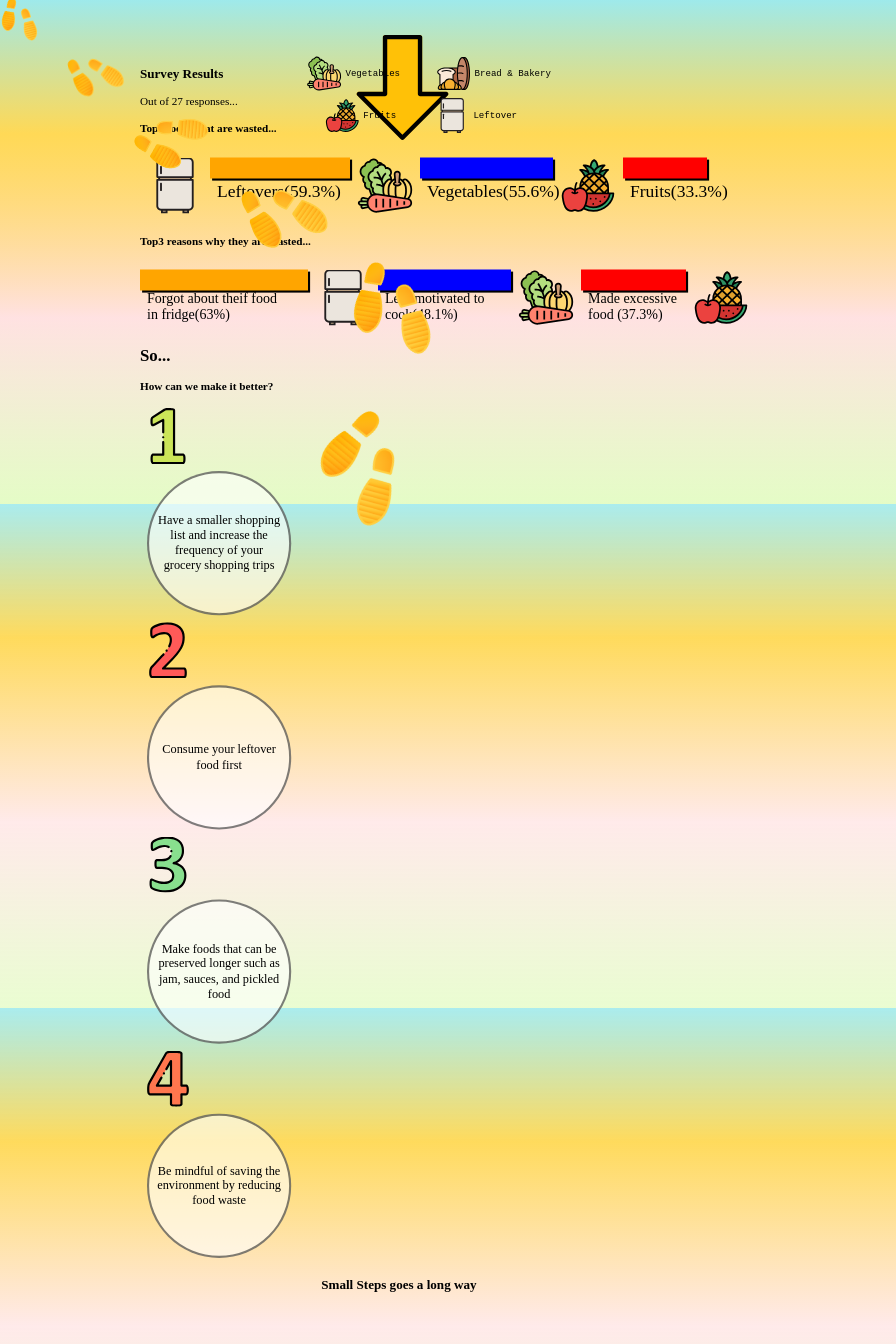
Repository: iorid3/Midterm
Page: index.html
An editor plug-in stored every save of this project. The page is shown before and after the next save, followed by the edit.
The browser window is 1280 px wide. The pictures show the part of the page from y = 0 to 1920 px (the page is 2272 px tall before and 3093 px after), at 70% of full size.

Above is the page before, as saved 2021-03-09 11:03:31.

### index.html
<!DOCTYPE html>
<html>
    <head>
       <title>Mid term</title>
        <link href= "./index.css"  rel ="stylesheet" type = "text/css" >
    </head>
<body>
   <div id = "main">

        <div class = "section1">
            <div><h1> How Food Waste Impacts Our World</h1></div>
            <div><img src =""/></div>
            <div class = "comp1"></div>
            <div class = "comp2"></div>
            <div class = "comp5"></div>
        </div>

        <div class = "section2">
            <div><h2>DId you know that...</h2></div>
            <div class ="comp3_1"></div>
            <div class ="comp3_2"></div>
            <div class ="comp3_3"></div>
            <div class ="comp3_4"></div>
            <div class = "comp1"></div>

            <div class = "flag"><img src = ""></div>
            <div><h3>Most Common Foods Thrown out by Canadians</h3></div>
               <div class = "container1">
                    <div class ="comp4_1"></div>
                    <div class ="comp4_2"></div>
                    <div class ="comp4_3"></div>
                    <div class ="comp4_4"></div>
                </div>

            <div class = "comp5"></div>
            <div><h3>In Canada, entirely, that is almost 2.2 million tonnes of food wasted</h3></div>
            <div><img src = ""></div>
        </div>

        <div class = "section3">
            <div><h2>How does food waste contribute to carbon foodprint?</h2></div>
            <div><img src = ""></div>

            <div class = "comp6"></div>
            <div class = "comp6"></div>
            <div class = "comp6"></div>
            <div class = "comp6"></div>

                <div class = "container2">
                    <div><img src = ""></div>
                    <div><img src = ""></div>
                    <div><img src = ""></div>
                </div>

            <div class = "comp6"></div>


        </div>


        <div class = "section4">
            <div class = "container3">
               <div><img src = ""></div>
               <div><h3>Survey Results</h3></div>
               <div>Out of 27 responses...</div>
            </div>


            <div class ="comp2"></div>
            <div><h4>Top3 foods that are wasted...</h4></div>
            <div class = "container4">
                <div class = "comp7"></div>
                <div class = "comp7"></div>
                <div class = "comp7"></div>
            </div>

            <div><h4>Top3 reasons why they are wasted...</h4></div>
            <div class = "container5">
                <div class = "comp8"></div>
                <div class = "comp8"></div>
                <div class = "comp8"></div>
            </div>



            <div><h2>So...</h2></div>

            <div><h4>How can we make it better?</h4></div>
            <div class = "container6">
                <div class ="comp9"></div>
                <div class ="comp9"></div>
                <div class ="comp9"></div>
                <div class ="comp9"></div>
            </div>
        </div>

        <div class = "section5">

            <div><h3>Small Steps goes a long way</h3></div>
            <div class = "comp10"></div>
            <div class = "comp10"></div>
            <div class = "comp10"></div>
            <div class = "comp10"></div>
            <div class = "comp10"></div>
            <div class = "comp10"></div>

            <div><img src = ""></div>
            <div><img src = ""></div>

            <div class = "comp5"></div>
            <div><h3>Do your part in saving the environment by ...</h3></div>
            <div><h2>Using this app to reduce food waste</h2></div>
            <div><h2>FridgeSaver</h2></div>
            <div><img src =""></div>
            <div class = "comp5"></div>
            <div><h5>Start with what you have in your fridge</h5></div>

            <div><img src =""></div>
            <div><h5>Ready to find interesting recipes?</h5></div>



        </div>

    <h1>HIHIHI</h1>



       <!-- <div class = "col left">
           <div class = "row top">
               <div class = "shake"></div>
           </div>
           <div class = "row mid">
               <div class = "rank1"></div>
               <div class = "rank2"></div>
           </div> -->
    </div>

<script src = ./Comps/comp1/index.js></script>
<script src = ./Comps/comp2/index.js></script>
<script src = ./Comps/comp3/index.js></script>
<script src = ./Comps/comp4/index.js></script>
<script src = ./Comps/comp5/index.js></script>
<script src = ./Comps/comp6/index.js></script>
<script src = ./Comps/comp7/index.js></script>
<script src = ./Comps/comp8/index.js></script>
<script src = ./Comps/comp9/index.js></script>
<script src = ./Comps/comp10/index.js></script>

<script src = ./index.js></script>
</body>
</html>

### index.css
html,body{
    margin:0;
    background: linear-gradient(180deg, rgba(156, 233, 235, 0.86) 0%, rgba(255, 217, 86, 0.96) 26.56%, rgba(255, 220, 220, 0.6) 63.02%, rgba(227, 252, 195, 0.76) 100%);
    mix-blend-mode: normal;
}
#main{
    width:100vw;
    height:100vh;
    display:flex;
    flex-direction: column;
    align-items: center;
    justify-content: center;
}

### Comps/comp1/index.js
function Comp1UI(url="Images/confusion.png", size ="10px", font= "Poppins", text="text"){
    return `<div style='
            width: 100vw;
            height: 30vh;
            display: inline-flex;
            justify-content: center;
            align-items: center;
            transition: opacity 1s;
            opacity: 0.25;
        '
        onclick='Comp1UI.HandleClick(this)'
        >

        <img style='
            display: inline-flex;
            width: 200px;
            position: relative;
            left: 140px;
            top: 60px;
        'src="${url}" />

        <div>
            <img style='
                display: inline-flex;
                position: relative;
                width: 500px;
                left: 100px;
                bottom: 10px;
            'src="Images/chat.svg" />

            <div style='
                display: inline-flex;
                position: relative;
                bottom: 280px;
                right: 265px;
                font-size: ${size};
                font-weight: bold;
                font-family: ${font};
            '> ${text}</div>
        </div>
    </div>`
}

Comp1UI.HandleClick = (el) => {
    el.style.opacity = 1;
}

### Comps/comp2/index.js
function Comp2UI(url="Images/confusion.png", size ="10px", font= "Poppins", text="text"){
    return `<div style='
        width: 100vw;
        height: 30vh;
        display: inline-flex;
        justify-content: center;
        align-items: center;
        transition: opacity 1s;
        opacity: 0.25;
    '
    onclick='Comp1UI.HandleClick(this)'
    >

        <img style='
            display: inline-flex;
            width: 200px;
            position: relative;
            left: 500px;
            top:60px;
        ' src="${url}"/>

        <div>
            <img style='
                display: inline-flex;
                position: relative;
                width: 500px;
                right: 200px;
                bottom: 10px;
                transform: rotateY(180deg)
            ' src="Images/chat2.svg" />

            <div style='
                display: inline-flex;
                position: relative;
                bottom: 280px;
                right: 560px;
                font-size: ${size};
                font-weight: bold;
                font-family: ${font};
            ' >${text}</div>
        </div>
    </div>`
}

Comp2UI.HandleClick = (el) => {
    el.style.opacity = 1;
}

### Comps/comp3/index.js
function Comp3UI(Text='Average Canadian wastes 140kg of food in a year', url='https://placekitten.com/400/400') {
    return `
        <div style='
            display: inline-flex;
            align-items: center;
            justify-content: center;

            transition-property: transform;
            transition-duration: 1s;
            transition-timing-function: ease-in-out;
            transition-delay: 1s;

        '>
            <div style='
                flex-basis: 200px;
                text-align: center;
                padding-right: 10px;
                font-family: monospace;


            '
            >${Text}</div>

            <div style='
                width: 100px;
                height: 100px;
            '
            // onclick='Comp3UI.HandleClick(this)'
            >
                <img  style='
                    width: 100%;
                    height: 100%;
                    object-fit: cover;
                '
                src='${url}' />
        </div>
    `
}

// Comp3UI.HandleClick = (el) => {
//     el.style.top = "110%";
// }


// export const Comp3 = Comp3UI();

### Comps/comp4/index.js
function Comp4UI(url='https://placekitten.com/300/300',text='Bread & Bakery',x='0',y='0') {
    return `
        <div style='
            display: flex;
            flex-direction: row;
            align-item: center;
            justify-content: center;
            width: 250px;
            height: 50px;
            margin: 10px;
            position: absolute;
            top: ${x}px;
            left: ${y}px;

            animation-name: bouncing;
            animation-duration: 1.5s;
            animation-direction: alternate;
            animation-iteration-count: infinite;
            animation-delay: 2s;



        '
        >
            <div style='
                width: 50px;
                height: 50px;
            '>
                <img style='
                    width: 100%;
                    height: 100%;
                    object-fit: cover;
                '
                src='${url}' />
            </div>
            <div style='
            font-family: monospace;
            text-align: center;
            padding-top: 18px;
            padding-left: 5px;
            '
            >${text}</div>
        </div>
    `
}




// export const Comp4 = Comp4UI();

### Comps/comp5/index.js
function Comp5UI(x='0', y='0', url='https://placekitten.com/300/300') {
    return `
        <div style='
            width: 150px;
            height: 150px;
            position: absolute;
            top: ${x}px;
            left: ${y}px;

        '
        >
            <img style='
                width: 100%;
                height: 100%;
                object-fit: cover;

                animation-name: bounce;
                animation-duration: 1s;
                animation-direction: alternate;
                animation-iteration-count: infinite;

            '
            src='${url}' />


        </div>

    `
}

// export const Comp5 = Comp5UI();

### Comps/comp6/index.js
function Carboncomp(text =" 7% of greenhouse gases produced globally are due to preventable food waste", url= "images/factory.svg"){
    return `<div style = "
                          display:inline-flex;
                          ">
                         <div style = "display:flex;
                         padding:10px;">
                         <img style ="
                          width:100px;
                          height:100px;
                         " src  = "${url}"></div>
                         <div style ="
                         display:flex;
                         padding:10px;"><p>${text}</p></div>

            </div>`

}

### Comps/comp7/index.js
function Graphcomp(url ="images/vegetable.svg",text ="Leftovers(59.3%)",color ="pink",width ="200px" ){
    return `<div style = "
                          display:inline-flex;
                          align-items:flex-start;
                          justify-content:flex-start;
                          ">
                            <div style = "display:flex;
                            padding:10px;
                            width:80px;
                            height:80px;
                            ">
                            <img src  = "${url}"></div>
                            <div class = "graph"
                            style ="
                            width:${width};
                            height:30px;
                            margin-top:10px;
                            background-color:${color};
                            box-shadow: 3px 3px ;
                            transition:background-color,1s,box-shadow, 1s;"
                            onmouseover = "Graphcomp.HandleMouseover(this)">
                            <div style ="
                            display:flex;
                            padding:10px;
                            font-size:25px;"><p>${text}</p></div>
                            </div>



            </div>`


}

Graphcomp.HandleMouseover = (el)=>{
   el.style.boxShadow = "8px 8px";
//    el.style.width = "400px";
 }

### Comps/comp8/index.js
function Graphcomp2(url ="images/vegetable.svg",text ="Leftovers(59.3%)",color ="pink",width ="200px" ){
    return `<div style = "
                          display:inline-flex;
                          flex-direction:row;
                          justify-content:center;
                          ">
                            <div class = "graph"
                            style ="
                            display:flex;
                            width:${width};
                            height:30px;
                            margin-top:10px;
                            background-color:${color};
                            box-shadow: 3px 3px ;
                            transition:background-color,1s,box-shadow, 1s;"
                            onmouseover = "Graphcomp2.HandleMouseover(this)">
                            <div style ="
                            display:flex;
                            width:200px;
                            padding:10px;
                            font-size:20px;"><p>${text}</p></div>
                            </div>
                            <div style = "display:flex;
                            padding:10px;
                            width:80px;
                            height:80px;
                            ">
                            <img src  = "${url}"></div>




            </div>`


}

Graphcomp2.HandleMouseover = (el)=>{
//    el.style.backgroundColor  = "blue";
   el.style.boxShadow = "8px 8px";
//    el.style.width = "400px";
 }

### Comps/comp9/index.js
function Comp9UI(url="Images/1.svg", text="4 Ways to Make it Better") {
    return `
        <img style='
            width: 80px;
            height: 80px;
            transition: width 0.2s;
            transition-timing-function: ease-in-out;
            display: flex;
        justify-content: center;
        align-items: center;
        flex-wrap: wrap;
        '

        onmouseover='Comp9UI.HandleImageHover(this)'
        onmouseout='Comp9UI.HandleImageHoverOut(this)'

        src="${url}"/>

        <div style='
            width: 180px;
            height: 180px;
            margin: 10px;
            padding: 10px;
            background-color: rgba(255, 255, 255, 0.6);
            border: 3px solid rgba(0, 0, 0, 0.5);
            border-radius: 50%;
            display: flex;
            justify-content: center;
            align-items: center;
            font-size: 1.1em;
            line-height: 1.2em;
            text-align: center;
            transition: width 0.2s;
            transition-timing-function: ease-in-out;
        '
            onmouseover='Comp9UI.HandleHover(this)'
            onmouseout='Comp9UI.HandleHoverOut(this)'

        >${text}</div>

    `
}

Comp9UI.HandleImageHover = (el) => {
    el.style.width = "120px";
    el.style.height = "120px";
}

Comp9UI.HandleImageHoverOut = (el) => {
    el.style.width = "80px";
    el.style.height = "80px";
}

Comp9UI.HandleHover = (el) => {
    el.style.color = "#2E8B57";
    // el.style.width = "210px";
    // el.style.height = "210px";
    // el.style.fontSize = "1.4em";
}

Comp9UI.HandleHoverOut = (el) => {
    el.style.color = "#000000";
    // el.style.width = "180px";
    // el.style.height = "180px";
    // el.style.fontSize = "1.1em";
}
// export const comp9 = Comp9UI();

### Comps/comp10/index.js
function Comp10UI(w="55px", tdeg="120deg", top="0px", left="0px", anidelay="1s") {
    return `
    <img style='
        width: ${w};
        transform: rotate(${tdeg});
        position: absolute;
        top: ${top};
        left: ${left};

        animation-name: footsteps;
        animation-duration: 4s;
        animation-delay: ${anidelay};
        animation-iteration-count: infinite;

    'src="Images/footstep.png"/>

    `
}

// export const comp10 = Comp10UI();

### index.js
document.querySelector(".comp1").innerHTML += Comp1UI("./images/question.svg","25px", "Poppins", "What's the issue?");
document.querySelector(".comp2").innerHTML += Comp2UI("./images/professor.svg", "25px", "Poppins", "Good Question!");

//add claudia's componenets

document.querySelector(".comp3_1").innerHTML += Comp3UI('Average Canadian wastes 140kg of food in a year', 'Images/crowd.svg')
document.querySelector(".comp3_2").innerHTML += Comp3UI('That’s worth about $1,100 Canadian dollars', 'Images/plant.svg')
document.querySelector(".comp3_3").innerHTML += Comp3UI('About 63% of the food that is thrown away could be eaten or used', 'Images/garbage.svg')
document.querySelector(".comp3_4").innerHTML += Comp3UI('A single household waste approximately $100 per month', 'Images/family.svg')

document.querySelector(".comp4_1").innerHTML += Comp4UI('Images/vegetable.svg', 'Vegetables',70,370)
document.querySelector(".comp4_2").innerHTML += Comp4UI('Images/bread.svg', 'Bread & Bakery',70,570)
document.querySelector(".comp4_3").innerHTML += Comp4UI('Images/fruits.svg', 'Fruits',130,380)
document.querySelector(".comp4_4").innerHTML += Comp4UI('Images/fridge.svg', 'Leftover',130,545)

document.querySelector(".comp5").innerHTML += Comp5UI(50,500,'Images/down-arrow.svg')


document.querySelector(".comp9").innerHTML += Comp9UI("Images/1.svg", "Have a smaller shopping list and increase the frequency of your grocery shopping trips");
document.querySelector(".comp9").innerHTML += Comp9UI("Images/2.svg", "Consume your leftover food first");
document.querySelector(".comp9").innerHTML += Comp9UI("Images/3.svg", "Make foods that can be preserved longer such as jam, sauces, and pickled food");
document.querySelector(".comp9").innerHTML += Comp9UI("Images/4.svg", "Be mindful of saving the environment by reducing food waste");

document.querySelector(".comp10").innerHTML += Comp10UI("60px", "120deg", "0px", "0px", "1s");
document.querySelector(".comp10").innerHTML += Comp10UI("75px", "80deg", "70px", "100px", "1.5s");
document.querySelector(".comp10").innerHTML += Comp10UI("95px", "50deg", "150px", "200px", "2s");
document.querySelector(".comp10").innerHTML += Comp10UI("115px", "80deg", "250px", "350px", "2.5s");
document.querySelector(".comp10").innerHTML += Comp10UI("130px", "120deg", "380px", "500px", "3s");
document.querySelector(".comp10").innerHTML += Comp10UI("145px", "150deg", "600px", "450px", "3.5s");

document.querySelector(".comp6").innerHTML +=  Carboncomp();
document.querySelector(".comp6").innerHTML +=  Carboncomp(text = "Waste food that ends up in the landfill produces methane gas",url= "images/garbage.svg");
document.querySelector(".comp6").innerHTML +=  Carboncomp(text ="which 21x more potent than carbon dioxide. It may give serious damage to our society. ",url ="images/skull.svg" );
document.querySelector(".comp6").innerHTML +=  Carboncomp(text = "From the time we harvest foods, to processing,to distribution,to decomposition", url ="images/barn.svg");
document.querySelector(".comp6").innerHTML +=  Carboncomp();
document.querySelector(".comp7").innerHTML +=  Graphcomp("Images/fridge.svg",text ="Leftovers(59.3%)",color ="orange",width ="200px");
document.querySelector(".comp7").innerHTML +=  Graphcomp("Images/vegetable.svg",text ="Vegetables(55.6%)",color ="blue",width ="190px");
document.querySelector(".comp7").innerHTML +=  Graphcomp("Images/fruits.svg",text ="Fruits(33.3%)",color ="red",width ="120px");
document.querySelector(".comp8").innerHTML +=  Graphcomp2("Images/fridge.svg",text ="Forgot about theif food in fridge(63%)",color ="orange",width ="240px");
document.querySelector(".comp8").innerHTML +=  Graphcomp2("Images/vegetable.svg",text ="Less motivated to cook(48.1%)",color ="blue",width ="190px");
document.querySelector(".comp8").innerHTML +=  Graphcomp2("Images/fruits.svg",text ="Made excessive food (37.3%)",color ="red",width ="150px");

After the next save:
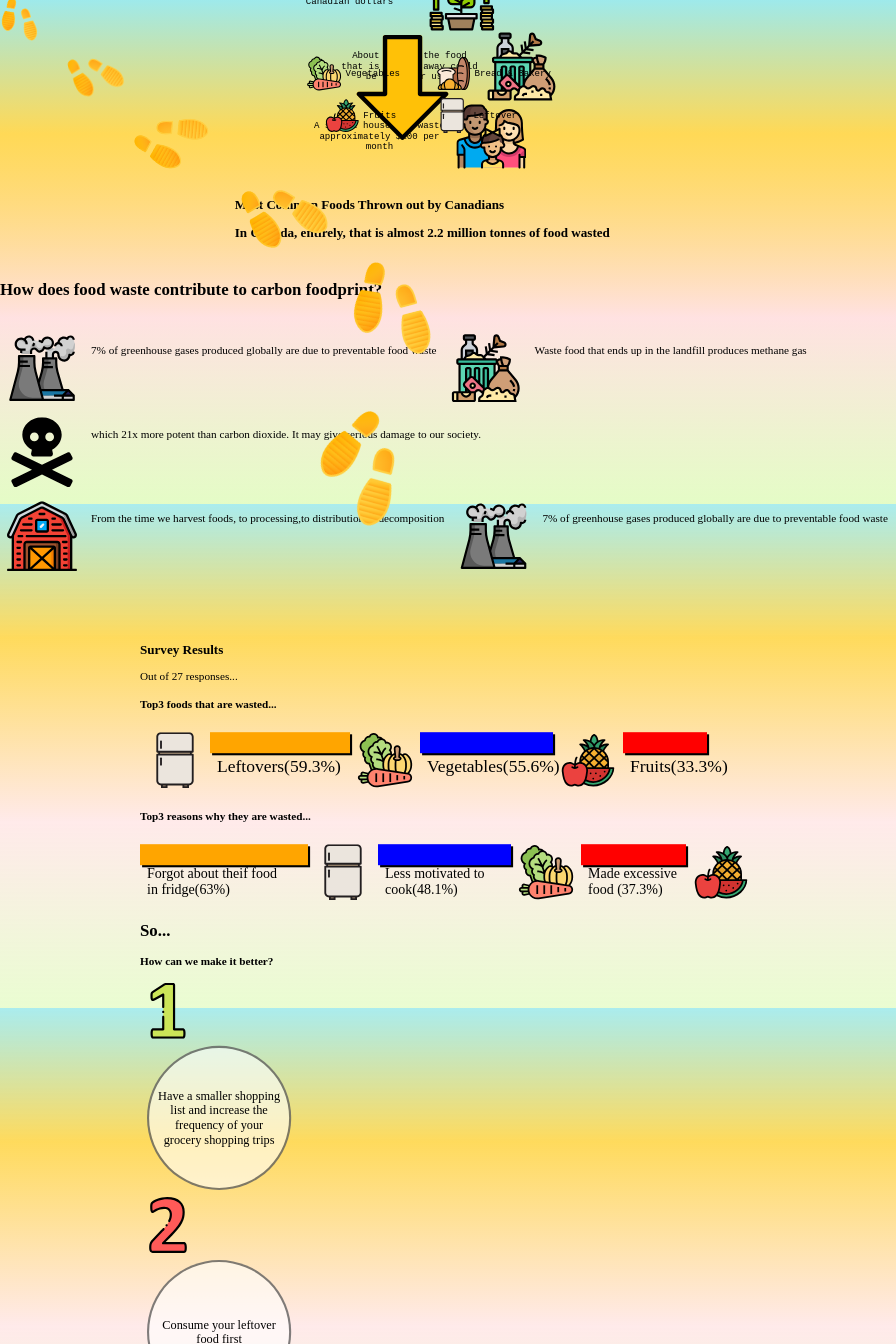
Saved 2 min 30 s later.
--- a/index.html
+++ b/index.html
@@ -9,7 +9,7 @@
 
         <div class = "section1">
             <div><h1> How Food Waste Impacts Our World</h1></div>
-            <div><img src =""/></div>
+            <div><img src ="./Images/earth crying.svg"/></div>
             <div class = "comp1"></div>
             <div class = "comp2"></div>
             <div class = "comp5"></div>
